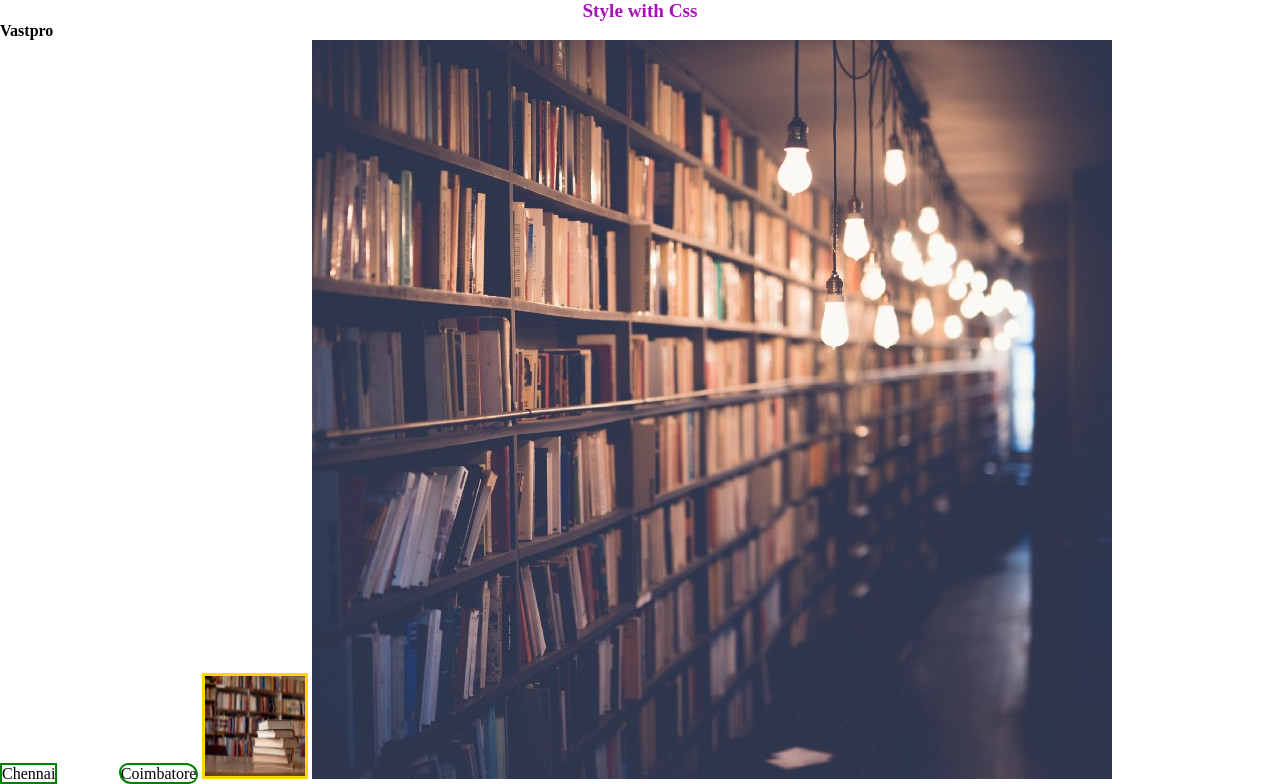
Repository: venkatesakki/JavaDeveloper
Page: http://localhost/css_examples/
These files come from the project's save history. The page is drawn as it stood at one moment and after the next save; the edit follows.
The browser window is 1280 px wide. The pictures show the whole page.
The page is served by Tomcat 9.

Above is the page before, as saved 2022-06-27 05:32:34.

After the next save:
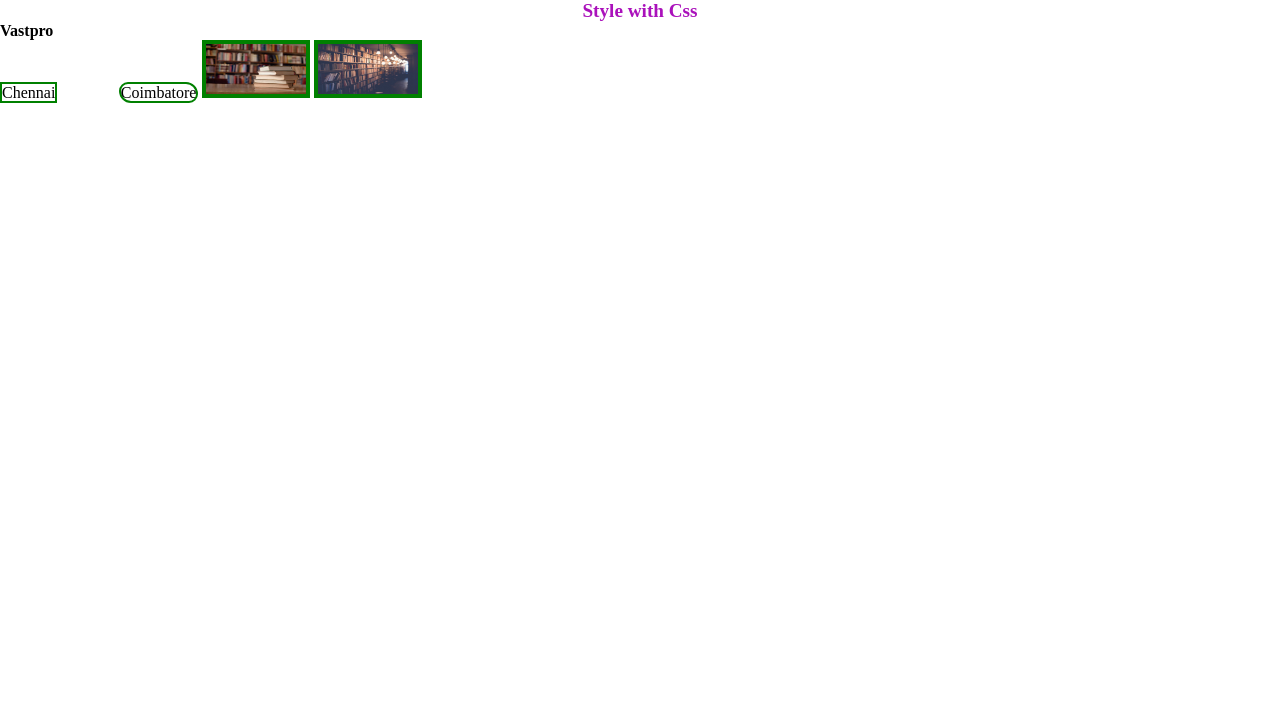
Saved 27 s later.
--- a/css_examples/src/main/webapp/styles/style.css
+++ b/css_examples/src/main/webapp/styles/style.css
@@ -30,7 +30,7 @@
 
 }
 
-img[src*="right"]{
+img[src*="sample"]{
 
 	width:100px;
 	height:50px;

After the save that followed:
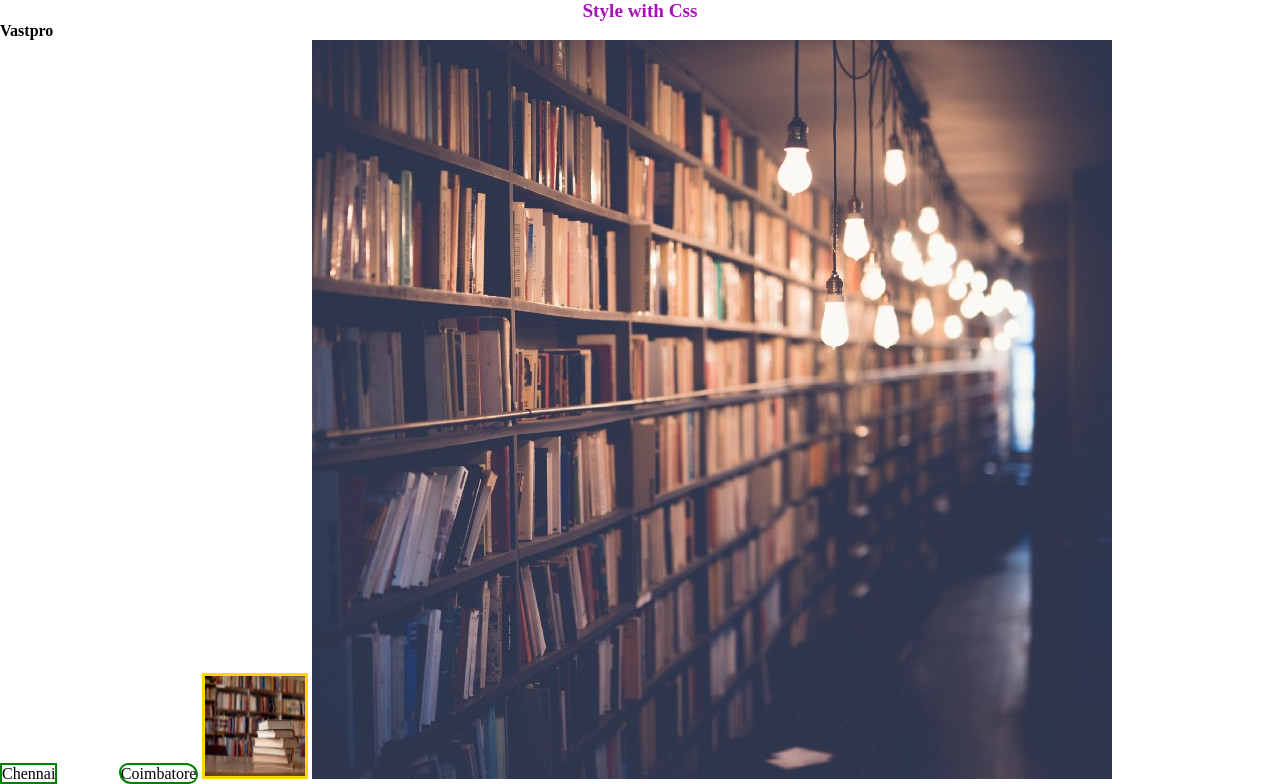
Saved 23 s later.
--- a/css_examples/src/main/webapp/styles/style.css
+++ b/css_examples/src/main/webapp/styles/style.css
@@ -30,7 +30,7 @@
 
 }
 
-img[src*="sample"]{
+img[src*="jetlogo"]{
 
 	width:100px;
 	height:50px;
